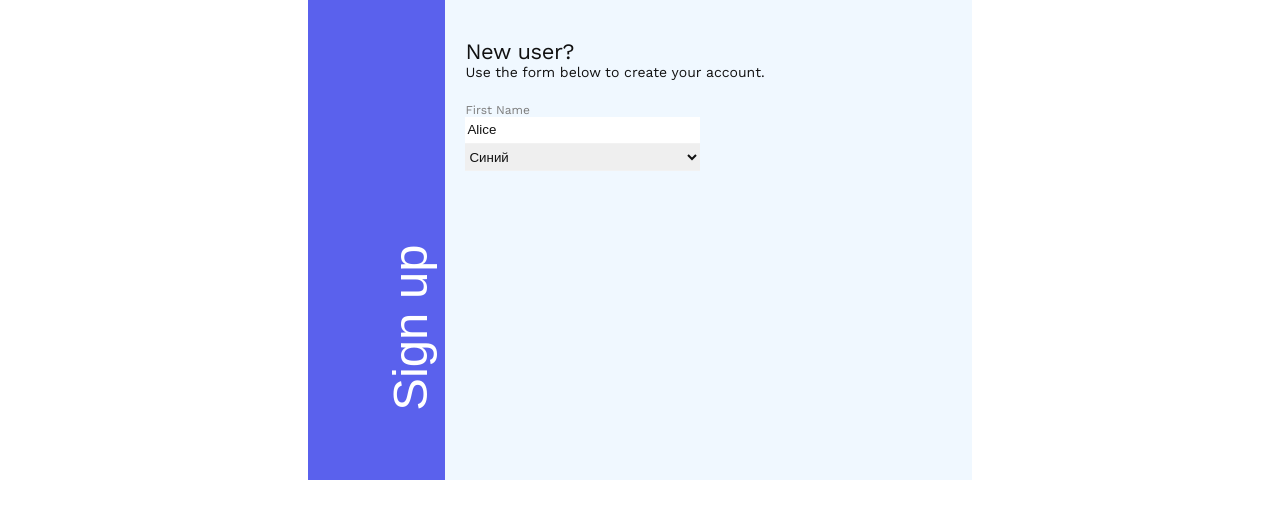
Repository: MorgunovaAlexandra/forma
Page: index.html
These files come from the project's save history. The page is drawn as it stood at one moment and after a run of saves; the edit follows.
The browser window is 1280 px wide. The pictures show the whole page.
Some web fonts or font styles are not loaded; a fallback is used.

Above is the page before, as saved 2022-07-18 12:37:56.

After the next 2 saves:
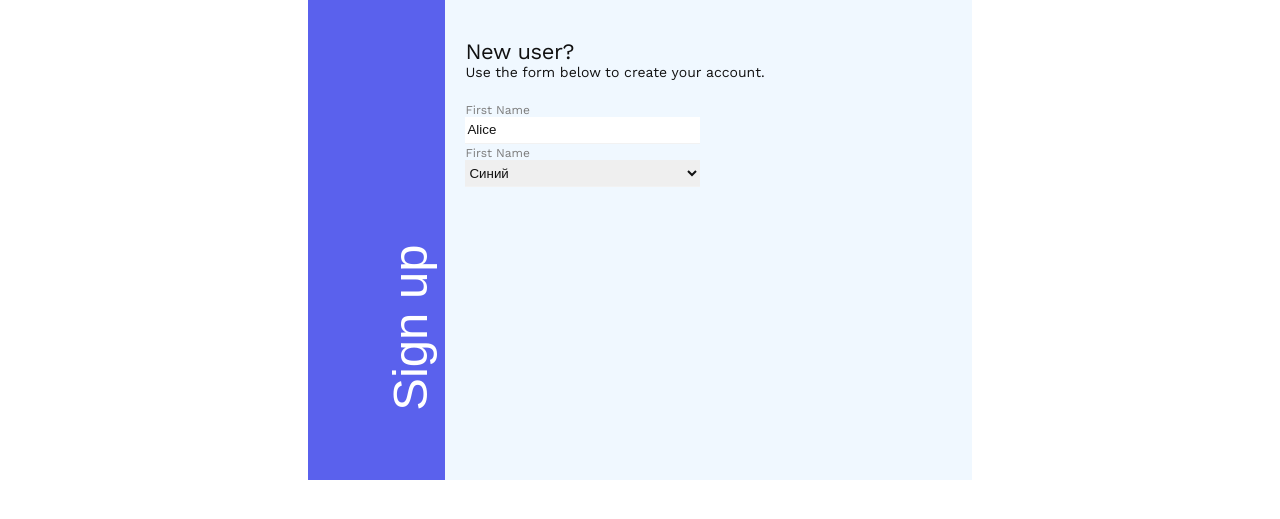
The 2 saves are shown as one change because they came seconds apart.
The last was saved 7 s later.
--- a/index.html
+++ b/index.html
@@ -19,7 +19,7 @@
 
                 <label class="text-field__label" for="name">First Name</label>
                 <input class="text-field__input" type="text" placeholder="Alice" id="name">
-
+                <label class="text-field__label" for="">First Name</label>
                 <select  class="text-field__input"name="user_profile_color_1" id="nationality">
                     <option value="1">Синий</option>
                     <option value="2">Зеленый</option>
